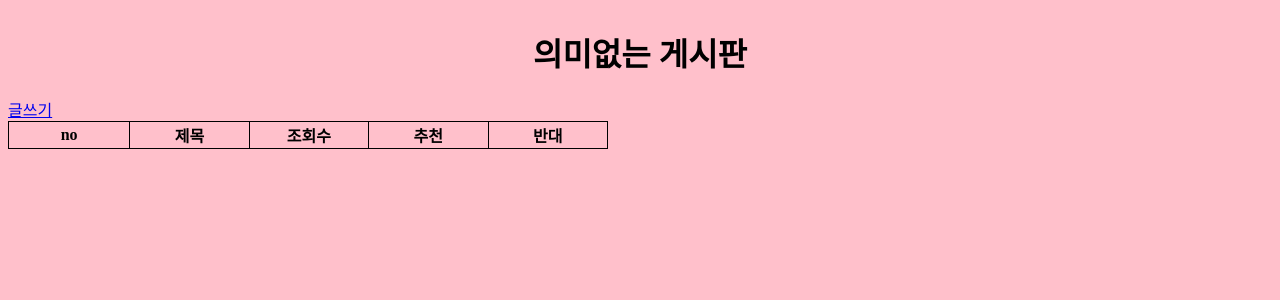
Repository: Bigdog93/WebworkspacePT
Page: http://localhost/BoardVer2/list
An editor plug-in stored every save of this project. The page is shown before and after the next save, followed by the edit.
The browser window is 1280 px wide. The pictures show the whole page.
The page is served by Tomcat 9.

Above is the page before, as saved 2021-04-27 07:07:52.

After the next save:
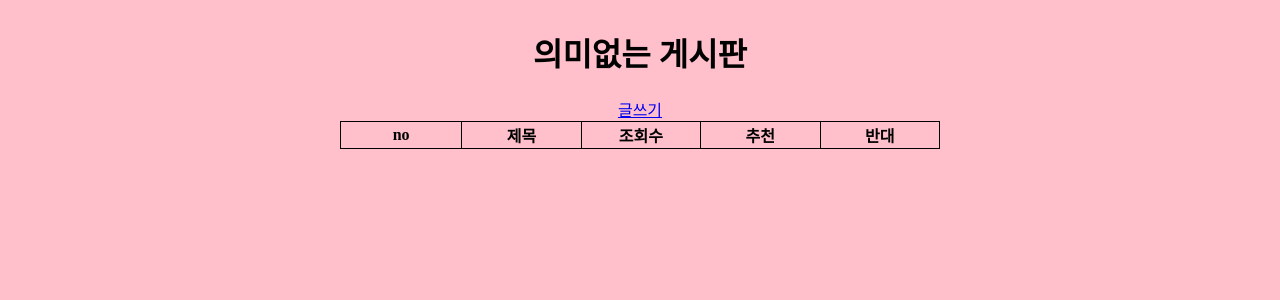
Saved 33 s later.
--- a/WebWorkSpace/BoardVer2/src/main/webapp/css/style.css
+++ b/WebWorkSpace/BoardVer2/src/main/webapp/css/style.css
@@ -18,9 +18,10 @@
 .container {
 	display : flex;
 	flex-direction: column;
-}
-.boardlist {
 	align-items: center;
 	justify-content: center;
 
 }
+.boardlist {
+
+}
